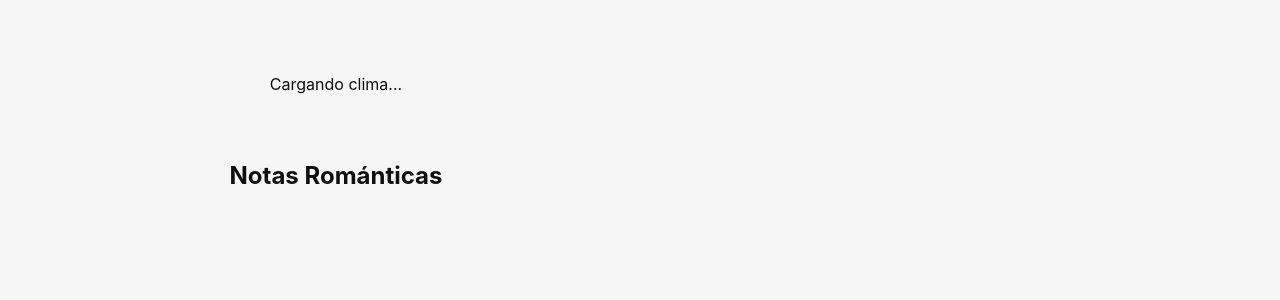
Repository: CodeByEvans/my-romantic-widget
Page: /
These files come from the project's save history. The page is drawn as it stood at one moment and after the next save; the edit follows.
The browser window is 1280 px wide. The pictures show the whole page.
The page's requests for data from a server got no answer. The project was rebuilt for these pictures with package versions that can differ from the ones it lists, and the page was loaded fresh each time. No one was signed in, and anything a server would have sent is missing. Also part of the build but not shown: vite.config.ts.

Above is the page before, as saved 2025-11-03 19:11:15.

After the next save:
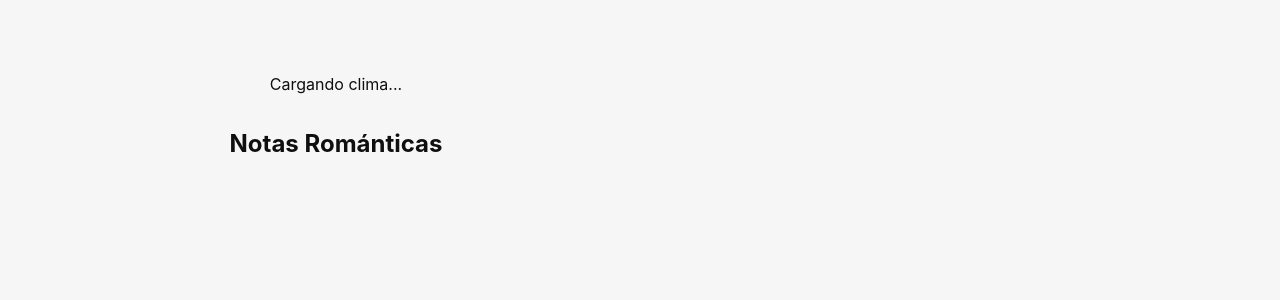
Saved 59 s later.
--- a/src/App.tsx
+++ b/src/App.tsx
@@ -5,9 +5,7 @@ import { WeatherWidget } from "./components/WeatherWidget";
 function App() {
   return (
     <main className="container mx-auto p-4 max-w-2xl">
-      <div className="mb-8">
-        <WeatherWidget />
-      </div>
+      <WeatherWidget />
       <div className="mt-8">
         <h2 className="text-2xl font-bold mb-4">Notas Románticas</h2>
         <NotesList />
